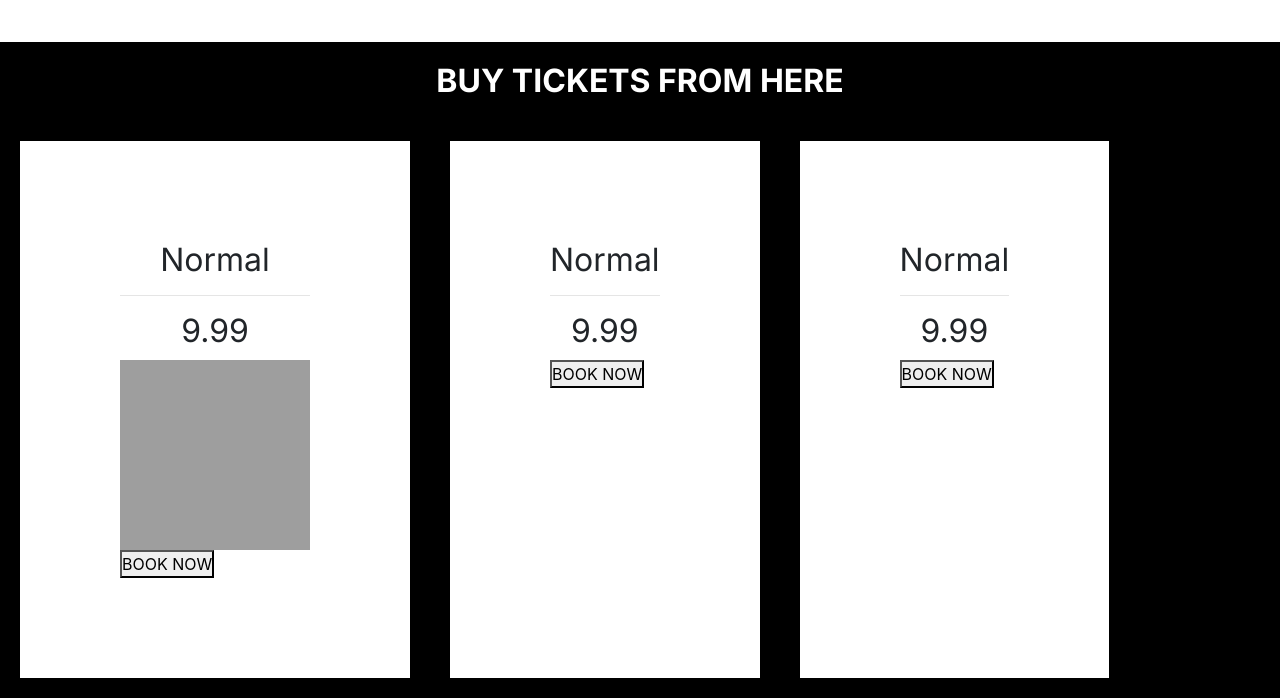
Repository: m-koparanova/MuseumOfCandy
Page: index.html
These files come from the project's save history. The page is drawn as it stood at one moment and after the next save; the edit follows.
The browser window is 1280 px wide. The pictures show the part of the page from y = 1376 to 2074 px (the page is 2074 px tall before and 2034 px after).
Pictures or frames that could not be fetched are drawn as grey boxes. Some web fonts or font styles are not loaded; a fallback is used.

Above is the page before, as saved 2023-03-05 22:22:57.

### index.html
<!DOCTYPE html>
<html lang="en">
<head>
    <meta charset="UTF-8">
    <meta http-equiv="X-UA-Compatible" content="IE=edge">
    <meta name="viewport" content="width=device-width, initial-scale=1.0">
    <title>Document</title>
    <link rel="stylesheet" href="https://cdn.jsdelivr.net/npm/bootstrap@4.6.2/dist/css/bootstrap.min.css" integrity="sha384-xOolHFLEh07PJGoPkLv1IbcEPTNtaed2xpHsD9ESMhqIYd0nLMwNLD69Npy4HI+N" crossorigin="anonymous">

    <link rel="stylesheet" href="style.css">

</head>
<body>
    <nav class="nav-bar">
        <h2 class="logo">MUSEUM OF CANDY</h2>
        <div class="top-nav">

            <ul>
                <li class="nav"><a href="#">Home</a></li>
                <li class="nav"><a href="#">Tickets</a></li>
            </ul>
            <button class="button">Log in</button>
        </div>

    </nav>

    <tbody>
        <div class="image-container">
            <img src="pics\pexels-lisa-fotios-918327.jpg" alt="" class="image">
            <div class="text-container">
                <h3>MUSEUM OF CANDY</h3>
                <hr>
                <p>Here you can enjoy every candy<br>you can think of</p>
            </div>
        </div>

        <div>
            <h2 class="delights-text" id="delights-text">Delights for everyone!</h2>
        </div>

        <div class="gallery">
            <img src="C:\Users\Magda\Desktop\code\pics\pexels-anna-tukhfatullina-food-photographerstylist-2638026.jpg" alt="" width="280" height="355">
            <img src="C:\Users\Magda\Desktop\code\pics\pexels-photo-1775285.webp" alt="" width="280" height="355">
            <img src="C:\Users\Magda\Desktop\code\pics\resized-cookie.jpg" alt="" width="280" height="355">
        </div>

        <h2 class="buy-tickets">BUY TICKETS FROM HERE</h2>
            <div class="ticket-container">
                <div class="ticket">
                    <h2>Normal</h2>
                    <hr>
                    <h2>9.99</h2>

                    <div class="icon">
                        <img src="C:\Users\Magda\Desktop\code\pics\cotton-candy.png" width="190" height="190" alt="">

                    </div>

                    <button>BOOK NOW</button>
                </div>


                <div class="ticket">
                    <h2>Normal</h2>
                    <hr>
                    <h2>9.99</h2>

                    <div class="icon">

                    </div>

                    <button>BOOK NOW</button>
                </div>

                <div class="ticket">
                    <h2>Normal</h2>
                    <hr>
                    <h2>9.99</h2>

                    <div class="icon">

                    </div>

                    <button>BOOK NOW</button>





            </div>
        </div>

    </tbody>


    <script src="https://cdn.jsdelivr.net/npm/jquery@3.5.1/dist/jquery.slim.min.js" integrity="sha384-DfXdz2htPH0lsSSs5nCTpuj/zy4C+OGpamoFVy38MVBnE+IbbVYUew+OrCXaRkfj" crossorigin="anonymous"></script>
    <script src="https://cdn.jsdelivr.net/npm/bootstrap@4.6.2/dist/js/bootstrap.bundle.min.js" integrity="sha384-Fy6S3B9q64WdZWQUiU+q4/2Lc9npb8tCaSX9FK7E8HnRr0Jz8D6OP9dO5Vg3Q9ct" crossorigin="anonymous"></script>

</body>
</html>

### style.css
@import url('https://fonts.googleapis.com/css2?family=Inter:wght@100;200;300;400;500;600;700;800;900&display=swap');
@import url('https://fonts.googleapis.com/css2?family=Italianno&display=swap');


*{
    margin: 0;
    padding: 0;
}

.nav-bar{
    background: black;
}

.logo {
    font-family: 'Inter', sans-serif, bold;
    color: white;
    position: absolute;
    margin-top: 20px;
    margin-left: 20px;
}

.top-nav{
    display: flex;
    align-items: end;
    justify-content: end;
    padding-top: 20px;
    padding-left: 20px;

}

.top-nav ul li{
    display: inline-block;
    list-style-type: none;
    padding-left: 20px;
    padding-right: 20px;
    font-family: 'Inter', sans-serif;
    font-size: 28px;
}

.top-nav ul li a{
    text-decoration: none;
    color: white;
}

.top-nav ul li a:hover{
    color: rgb(215, 5, 5);
    transition: .3s;
}

.button{
    border: none;
    background: white;
    border-radius: 10px;
    padding: 8px 15px 8px 15px;
    margin-right: 30px;
    margin-left: 40px;
    margin-bottom: 15px;
    font-family: 'Inter', sans-serif;
    text-align: center;
}

.button:hover{
    background: rgb(215, 5, 5);
    color: white;
}

.image-container {
    position: relative;
    text-align: center;
}

.image{
    object-fit: cover;
    width: 100%;
    height: 700px;
}

.text-container{
    position: absolute;
    bottom: 30px;
    left: 30px;
    background: white;
    opacity: 90%;
    padding: 40px 40px 40px 40px ;
}

.image-container div hr{
    border-width: 3px;
    opacity: 100%;
    background: red;
}
.image-container div h3{
    font-family: "Inter", sans-serif;
    font-size: 36px;
    font-weight: 700;
}

.image-container div p{
    font-family: 'Italianno', cursive;
    font-size: 38px;
    margin-top: 30px;
    margin-bottom: 0px;
}

.delights-text{
    font-family: 'Italianno', cursive;
    text-align: center;
    margin: 40px 0px 40px 0px;
    font-size: 100px;
}

.gallery{
    display: flex;
    justify-content: space-between;
}

.gallery img{
    width: 20%;
    margin: calc(20%/6);
}

.buy-tickets{
    background-color: black;
    color: white;
    font-family: 'Inter', sans-serif;
    font-size: 32px;
    padding: 20px;
    text-align: center;
    font-weight: 700;
    margin: 0px;
}

.ticket-container{
    background: black;
    display: flex;
    width: 280;
    position: relative;

}

.ticket{
    background: white;
    margin: 20px;
    padding: 100px;

}

.ticket h2{
    text-align: center;
    font-family: 'Inter', sans-serif;
    font-weight: 400;
    margin-top: 0px;
    margin-bottom: 10px;

}

.icon{
}

After the next save:
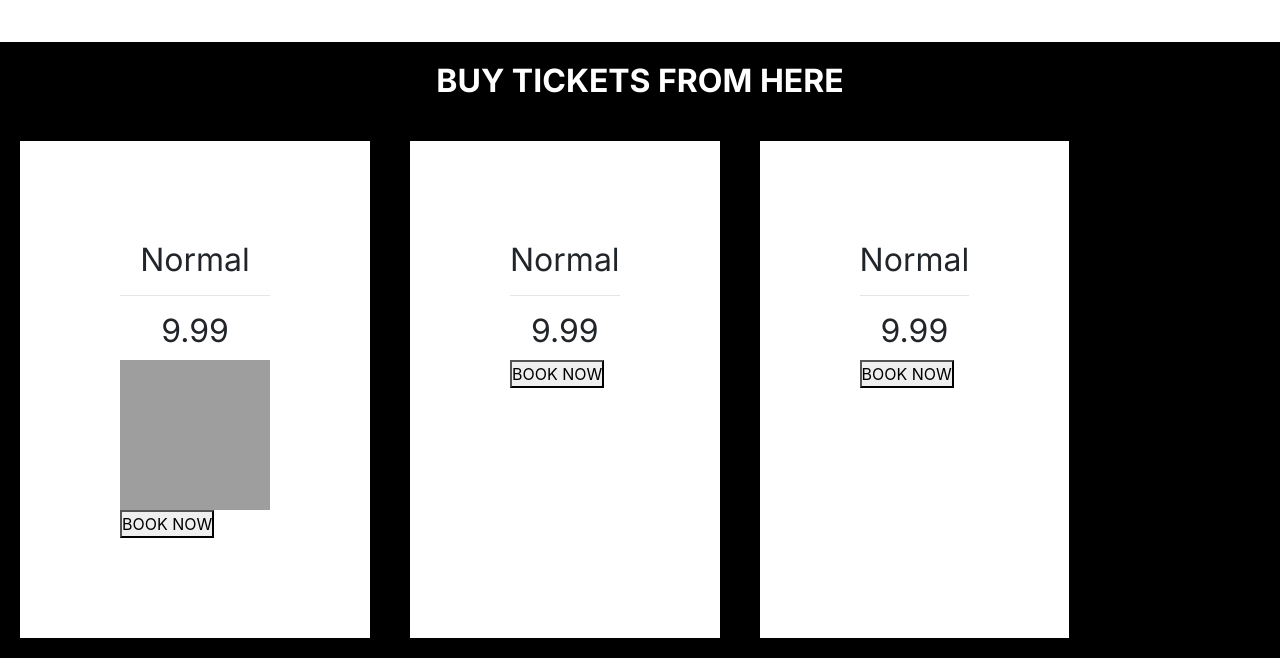
Saved 14 s later.
--- a/index.html
+++ b/index.html
@@ -52,7 +52,7 @@
                     <h2>9.99</h2>
 
                     <div class="icon">
-                        <img src="C:\Users\Magda\Desktop\code\pics\cotton-candy.png" width="190" height="190" alt="">
+                        <img src="C:\Users\Magda\Desktop\code\pics\cotton-candy.png" width="150" height="150" alt="">
 
                     </div>
 
